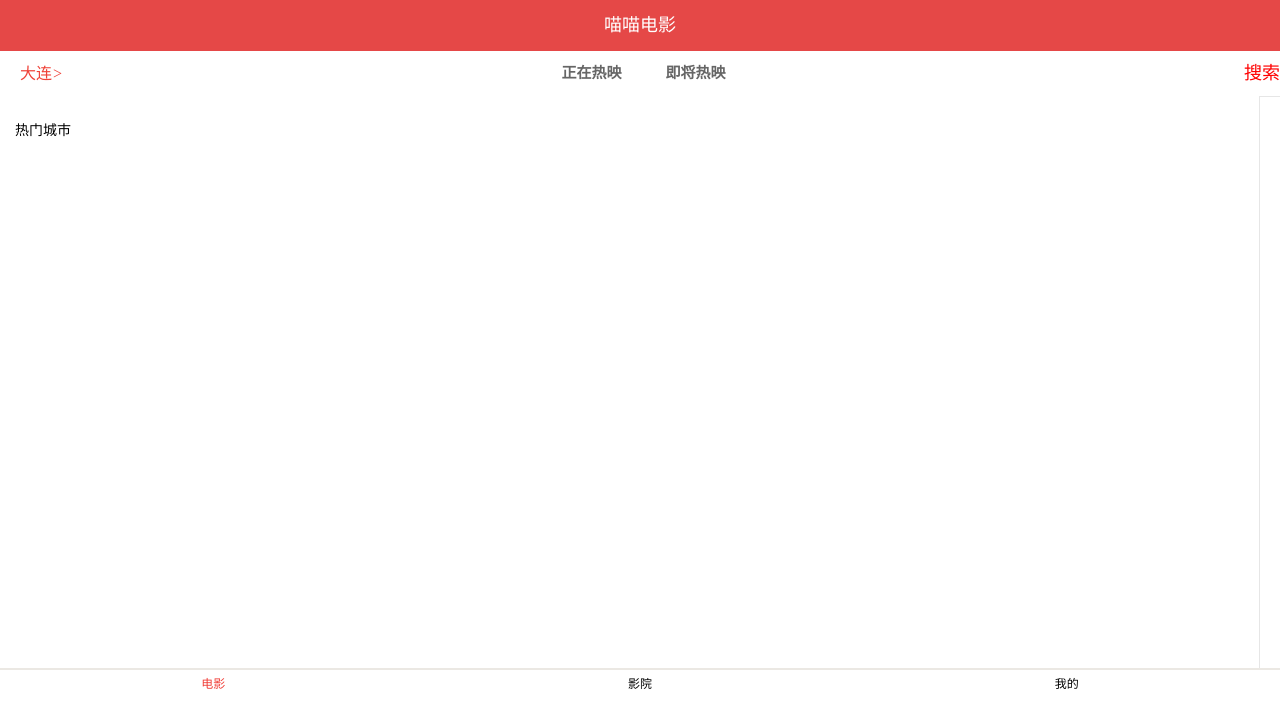
Repository: X-J-0/miaomiao_film
Page: /movie/city (app in miaomiao/)
An editor plug-in stored every save of this project. The page is shown before and after a run of saves, followed by the edit.
The browser window is 1280 px wide. The pictures show the whole page.
The page's requests for data from a server got no answer. The project was rebuilt for these pictures with package versions that can differ from the ones it lists, and the page was loaded fresh each time. No one was signed in, and anything a server would have sent is missing. Also part of the build but not shown: miaomiao/vue.config.js.

Above is the page before, as saved 2020-03-27 20:29:29.

### miaomiao/public/index.html
<!DOCTYPE html>
<html lang="en">
  <head>
    <meta charset="utf-8">
    <meta http-equiv="X-UA-Compatible" content="IE=edge">
    <meta name="viewport" content="width=device-width,initial-scale=1.0,user-scalable=no">
    <link rel="icon" href="<%= BASE_URL %>favicon.ico">
    <link rel="stylesheet" href="<%= BASE_URL %>css/common.css">
    <!-- <link rel="stylesheet" href="<%= BASE_URL %>css/common.css"> -->
    <title><%= htmlWebpackPlugin.options.title %></title>
  </head>
  <body>
    <noscript>
      <strong>We're sorry but <%= htmlWebpackPlugin.options.title %> doesn't work properly without JavaScript enabled. Please enable it to continue.</strong>
    </noscript>
    <div id="app"></div>
    <!-- built files will be auto injected -->
  </body>
</html>

### miaomiao/src/main.js
import Vue from 'vue'
import App from './App.vue'
import router from './router'
import store from './store'
import axios from 'axios'
Vue.prototype.axios = axios;
Vue.filter('setWH',(url,arg)=>{
  return url.replace(/w\.h/,arg);
});


import Loading from '@/components/loading'
Vue.component('Loading',Loading);

Vue.config.productionTip = false

new Vue({
  router,
  store,
  render: h => h(App)
}).$mount('#app')

### miaomiao/src/App.vue
<template>
    <keep-alive>
        <router-view/>
    </keep-alive>
</template>

<style lang="scss">
</style>

### miaomiao/src/router/index.js
import Vue from 'vue'
import VueRouter from 'vue-router'
import movieRouter from './movie'
import mineRouter from './mine'
import cinemaRouter from './cinema'

Vue.use(VueRouter)


const router = new VueRouter({
  mode: 'history',
  base: process.env.BASE_URL,
  routes: [
    movieRouter,
    mineRouter,
    cinemaRouter,
    {
      path:'/*',
      redirect:'/movie'
    }
  ]
})

export default router

### miaomiao/src/router/movie/index.js
export default {
    path:'/movie',
    component : () => import('@/views/Movie'),
    children:[
        {
            path:'city',
            component:()=>import('@/components/City')
        },
        {
            path:'nowPlaying',
            component:()=>import('@/components/NowPlaying')
        },
        {
            path:'comingSoon',
            component:()=>import('@/components/ComingSoon')
        },
        {
            path:'search',
            component:()=>import('@/components/Search')
        },
        {
            path:'/movie',
            redirect:'/movie/nowPlaying'
        }
    ]
}

### miaomiao/src/router/mine/index.js
export default {
    path:'/mine',
    component : () => import('@/views/Mine'),
    children:[
        {
            path:'center',
            component:()=>import('@/views/Mine/center.vue')
        },
        {
            path:'login',
            component:()=>import('@/components/Login')
        },
        {
            path:'register',
            component:()=>import('@/components/Register')
        },
        {
            path:'findPassword',
            component:()=>import('@/components/FindPassword')
        },
        {
            path:'/mine',
            redirect:'center'
        }
    ]
}

### miaomiao/src/router/cinema/index.js
export default {
    path:'/cinema',
    component : () => import('@/views/Cinema'),
    children:[
        {
            path:'allocate',
            component:()=>import('@/components/Allocate')
        },
        {
            path:'brand',
            component:()=>import('@/components/Brand')
        },
        {
            path:'special',
            component:()=>import('@/components/Special')
        },
        {
            path:'/cinema',
            redirect:'/cinema/allocate'
        }
    ]
}

### miaomiao/src/views/Movie/index.vue
<template>
    <div id="main">
        <Header title="喵喵电影"/>
        <div id="content">
          <div class="movie_menu">
          <router-link tag="div" to="/movie/city" class="city_name">
            <span>大连</span><i>></i>
          </router-link>
          <div class="hot_switch">
            <router-link tag="div" to="/movie/nowPlaying" class="hot_item">正在热映</router-link>
            <router-link tag="div" to="/movie/comingSoon" class="hot_item">即将热映</router-link>
          </div>
          <div class="search_entry">
            <router-link tag="div" to="/movie/search">搜索</router-link>
          </div>
          </div>
          <keep-alive>
            <router-view/>
          </keep-alive>
        </div>
        <TabBar />
    </div>
</template>

<script>

import Header from '@/components/Header';
import TabBar from '@/components/TabBar';

export default {
  name:'Movie',
  components : {
    Header,
    TabBar
  },
  data(){
   return {

   }
  }
}
</script>

<style scoped>
  #content{flex:1;overflow:auto;margin-bottom:50px;position: relative;display:flex;flex-direction: column;}
  #content .movie_menu{width:100%;height:45px;border-bottom:1px solid #e6e6e6;display: flex;justify-content: space-between;}
  .movie_menu .city_name{margin-left:20px;height:100%;line-height:45px;}
  .movie_menu .city_name.active{color:#ef4238;border-bottom:2px #ef4238 solid;}
  .movie_menu .city_name.router-link-active{color:#ef4238;border-bottom:2px #ef4238 solid;}
  .movie_menu .hot_switch{display:flex;height:100%; line-height: 45px;}
  .movie_menu .hot_item{font-size:15px; color:#666;width:80px;text-align: center;margin:0 12px;font-weight: 700;}
  .movie_menu .hot_item.active{color:#ef4238;border-bottom:2px #ef4238 solid;}
  .movie_menu .hot_item.router-link-active{color:#ef4238;border-bottom:2px #ef4238 solid;}
  .movie_menu .search_entry{margin-left:20px;height:100%;line-height:45px;}
  .movie_menu .search_entry.active{color:#ef4238;border-bottom:2px #ef4238 solid;}
  .movie_menu .search_entry.router-link-active{color:#ef4238;border-bottom:2px #ef4238 solid;}
  .movie_menu .search_entry div{font-size:18px;color:red;}
</style>

### miaomiao/src/components/City/index.vue
<template>
  <div class="city_body">
    <!-- <div class="city_list">
      <div class="city_hot">
        <h2>热门城市</h2>
        <ul class="clearfix">
          <li>上海</li>
        </ul>
      </div>
      <div class="city_sort">
        <div>
          <h2>A</h2>
          <ul>
            <li>阿拉善盟</li>
            <li>鞍山</li>
            <li>安庆</li>
            <li>安阳</li>
          </ul>
        </div>
      </div>
    </div>
    <div class="city_index">
      <ul>
        <li>A</li>
        <li>B</li>
        <li>C</li>
        <li>D</li>
        <li>E</li>
      </ul>
    </div> -->
    <div class="city_list">
        <div class="city_hot">
        <h2>热门城市</h2>
        <ul class="clearfix">
          <li v-for="item in hotList" :key="item.id">{{item.nm}}</li>
        </ul>
      </div>
      <div class="city_sort" ref="city_sort">
        <div v-for="item in cityList" :key="item.index">
          <h2>{{item.index}}</h2>
          <ul>
            <li v-for="itemList in item.list" :key="itemList.id">{{itemList.nm}}</li>
          </ul>
        </div>
      </div>
    </div>
    <div class="city_index">
      <ul>
        <li v-for="(item, index) in cityList" :key="item.index" @touchstart="handleToIndex(index)">{{item.index}}</li>
      </ul>
    </div>
  </div>
</template>

<script>
export default {
  name:'City',
  data(){
    return {
      cityList:[],
      hotList:[]
    }
  },
  mounted () {
    this.axios.get('/api/cityList').then((res) => {
      var msg = res.data.msg;
      if(msg == 'ok') {
        var cities = res.data.data.cities;
        var {cityList,hotList} = this.formatCityList(cities);
        this.cityList = cityList;
        this.hotList = hotList;
      }
    })
  },
  methods:{
    formatCityList(cities){
      var cityList = [];
      var hotList = [];
      for(var i = 0;i<cities.length;i++){
        if(cities[i].isHot === 1){
          hotList.push(cities[i]);
        }
      }
      for(var i = 0;i<cities.length;i++){
        var firstLetter = cities[i].py.substring(0,1).toUpperCase();
        if(toCom(firstLetter)){  //新添加index
          cityList.push({index:firstLetter,list:[{nm:cities[i].nm,id:cities[i].id}]});
        }
        else{  //累加到已有index中
          for(var j = 0;j<cityList.length;j++){
            if(cityList[j].index === firstLetter){
              cityList[j].list.push({nm:cities[i].nm,id:cities[i].id});
            }
          }
        }
      }
      cityList.sort((n1,n2)=>{
        if(n1.index>n2.index){
          return 1;
        }
        else if(n1.index<n2.index){
          return -1;
        }
        else{
          return 0;
        }
      });
      function toCom(firstLetter){
        for(var i = 0;i<cityList.length;i++){
          if(cityList[i].index == firstLetter){
            return false;
          }
        }
        return true;
      }
      return {
        cityList,
        hotList
      }
    },
    handleToIndex(index){
      var h2 = this.$refs.city_sort.getElementsByTagName('h2');
      this.$refs.city_sort.parentNode.scrollTop = h2[index].offsetTop;
    }
  }
}
</script>

<style scoped>
#content .city_body{margin-top:45px;display:flex;width:100%;position:absolute;top:0;bottom:0;}
.city_body .city_list{flex:1;overflow:auto;background-color: #fff;}
.city_body .city_list::webkit_scrollbar{
  background-color: transparent;
  width:0;
}
.city_body .city_hot{margin-top:20px;}
.city_body .city_hot h2{padding-left:15px;line-height: 30px;font-size:14px;background-color: #fff;font-weight: normal;}
/* .city_body .city_hot ul{} */
.city_body .city_hot ul li{float:left;background-color: #fff;width:29%;height:33px;margin-top:15px;margin-left:3%;padding:0 4px;border:1px solid #e6e6e6}
/* .city_body .city_sort{} */
.city_body .city_sort div{margin-top:20px;}
.city_body .city_sort h2{padding-left:15px;line-height: 30px;font-size:14px;background-color: #fff;font-weight: normal;}
.city_body .city_sort ul{padding-left:10px;margin-top:10px;}
.city_body .city_sort ul li{line-height: 30px;line-height: 30px;}
.city_body .city_index{width:20px;display:flex;flex-direction: column;justify-content: center;text-align: center;border-left:1px #e6e6e6 solid}
</style>

### miaomiao/src/components/Header/index.vue
<template>
    <header id="header">
        <h1>{{title}}</h1>
    </header>
</template>

<script>
export default {
  name:'Header',
  props:{
      title:{
          type:String,
          default:'喵喵电影'
      }
  }
}
</script>

<style scoped>
#header{width:100%;height:50px;color:#fff;background-color: #e54847;border-bottom:1px solid #e54847;position: relative;}
#header h1{font-size:18px;text-align: center;line-height: 50px; font-weight: normal;}
#header i{position:absolute;left:5px;top:50%;margin-top:-13px;font-size:26px;}
</style>

### miaomiao/src/components/TabBar/index.vue
<template>
    <footer id="footer">
        <ul>
            <router-link tag="li" to="/movie">
                <!-- <i class="iconfont icon-dianying"></i> -->
                <p>电影</p>
            </router-link>
            <router-link tag="li" to="/cinema">
                <!-- <i class="iconfont icon-yingyuan"></i> -->
                <p>影院</p>
            </router-link>
            <router-link tag="li" to="/mine">
                <!-- <i class="iconfont icon-dianying"></i> -->
                <p>我的</p>
            </router-link>
        </ul>
    </footer>
</template>

<script>
export default {
  name:'Footer',
  data(){
   return {

   }
  }
}
</script>

<style scoped>
#footer{width:100%; height:50px;background-color: #fff;border-top:2px #ebe8e3 solid;position:fixed;left:0;bottom:0;}
#footer ul{display:flex;text-align: center;height:50px;align-items:center;}
#footer ul li{flex:1;height:40px;}
#footer ul li.active{color:#f03d37;}
#footer ul li.router-link-active{color:#f03d37;}
#footer ul i{font-size:20px;}
#footer ul p{font-size:12px;line-height:18px;}
</style>

### miaomiao/public/css/common.css
*{ margin : 0; padding : 0;}
ul,li{ list-style: none}
img{ display: block}
html, body{ height:100%}
.clearfix:after{ content:""; display:block; clear:both}
#main{ height: 100%; display: flex; flex-direction: column;}
#content{ flex:1; overflow:auto; margin-bottom: 50px;position: relative;display: flex;flex-direction: column;}

### miaomiao/src/components/loading/index.vue
<template>
<div class="loader"></div>
</template>

<script>
export default {
  name:'Loading',
  data(){
   return {

   }
  }
}
</script>

<style scoped>
.loader {
  position: relative;
  width: 2.5em;
  height: 2.5em;
  transform: rotate(165deg);
}
.loader:before, .loader:after {
  content: '';
  position: absolute;
  top: 50%;
  left: 50%;
  display: block;
  width: 0.5em;
  height: 0.5em;
  border-radius: 0.25em;
  transform: translate(-50%, -50%);
}
.loader:before {
  animation: before 2s infinite;
}
.loader:after {
  animation: after 2s infinite;
}

@keyframes before {
  0% {
    width: 0.5em;
    box-shadow: 1em -0.5em rgba(225, 20, 98, 0.75), -1em 0.5em rgba(111, 202, 220, 0.75);
  }
  35% {
    width: 2.5em;
    box-shadow: 0 -0.5em rgba(225, 20, 98, 0.75), 0 0.5em rgba(111, 202, 220, 0.75);
  }
  70% {
    width: 0.5em;
    box-shadow: -1em -0.5em rgba(225, 20, 98, 0.75), 1em 0.5em rgba(111, 202, 220, 0.75);
  }
  100% {
    box-shadow: 1em -0.5em rgba(225, 20, 98, 0.75), -1em 0.5em rgba(111, 202, 220, 0.75);
  }
}
@keyframes after {
  0% {
    height: 0.5em;
    box-shadow: 0.5em 1em rgba(61, 184, 143, 0.75), -0.5em -1em rgba(233, 169, 32, 0.75);
  }
  35% {
    height: 2.5em;
    box-shadow: 0.5em 0 rgba(61, 184, 143, 0.75), -0.5em 0 rgba(233, 169, 32, 0.75);
  }
  70% {
    height: 0.5em;
    box-shadow: 0.5em -1em rgba(61, 184, 143, 0.75), -0.5em 1em rgba(233, 169, 32, 0.75);
  }
  100% {
    box-shadow: 0.5em 1em rgba(61, 184, 143, 0.75), -0.5em -1em rgba(233, 169, 32, 0.75);
  }
}
/**
 * Attempt to center the whole thing!
 */
html,
body {
  height: 100%;
}

.loader {
  position: absolute;
  top: calc(50% - 1.25em);
  left: calc(50% - 1.25em);
}
</style>

Loaded but not shown: miaomiao/src/store/index.js (common file)

After the next 2 saves:
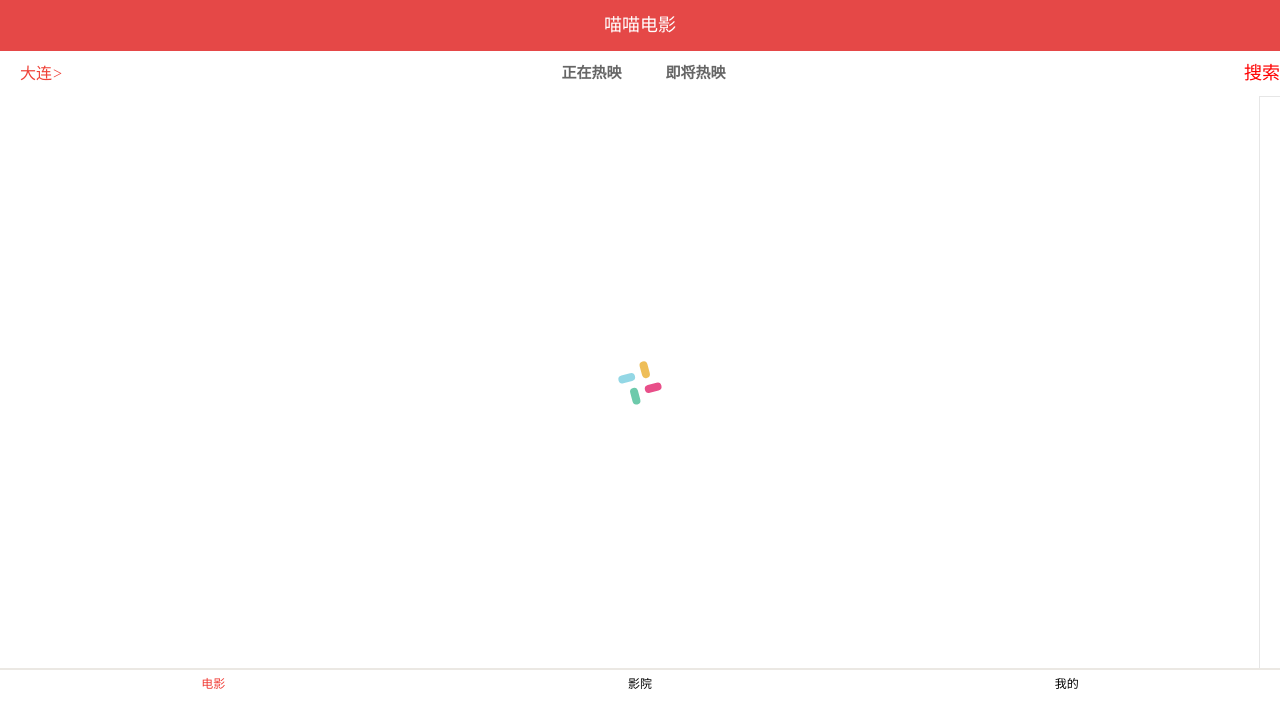
The 2 saves are shown as one change because 1 did not build or start.
The last was saved 7 min 19 s later.
--- a/miaomiao/src/components/City/index.vue
+++ b/miaomiao/src/components/City/index.vue
@@ -29,7 +29,8 @@
       </ul>
     </div> -->
     <div class="city_list">
-        <div class="city_hot">
+      <Loading v-if="isLoading"/>
+        <div v-else class="city_hot">
         <h2>热门城市</h2>
         <ul class="clearfix">
           <li v-for="item in hotList" :key="item.id">{{item.nm}}</li>
@@ -58,13 +59,15 @@ export default {
   data(){
     return {
       cityList:[],
-      hotList:[]
+      hotList:[],
+      isLoading:true
     }
   },
   mounted () {
     this.axios.get('/api/cityList').then((res) => {
       var msg = res.data.msg;
       if(msg == 'ok') {
+        this.isLoading=false;
         var cities = res.data.data.cities;
         var {cityList,hotList} = this.formatCityList(cities);
         this.cityList = cityList;
